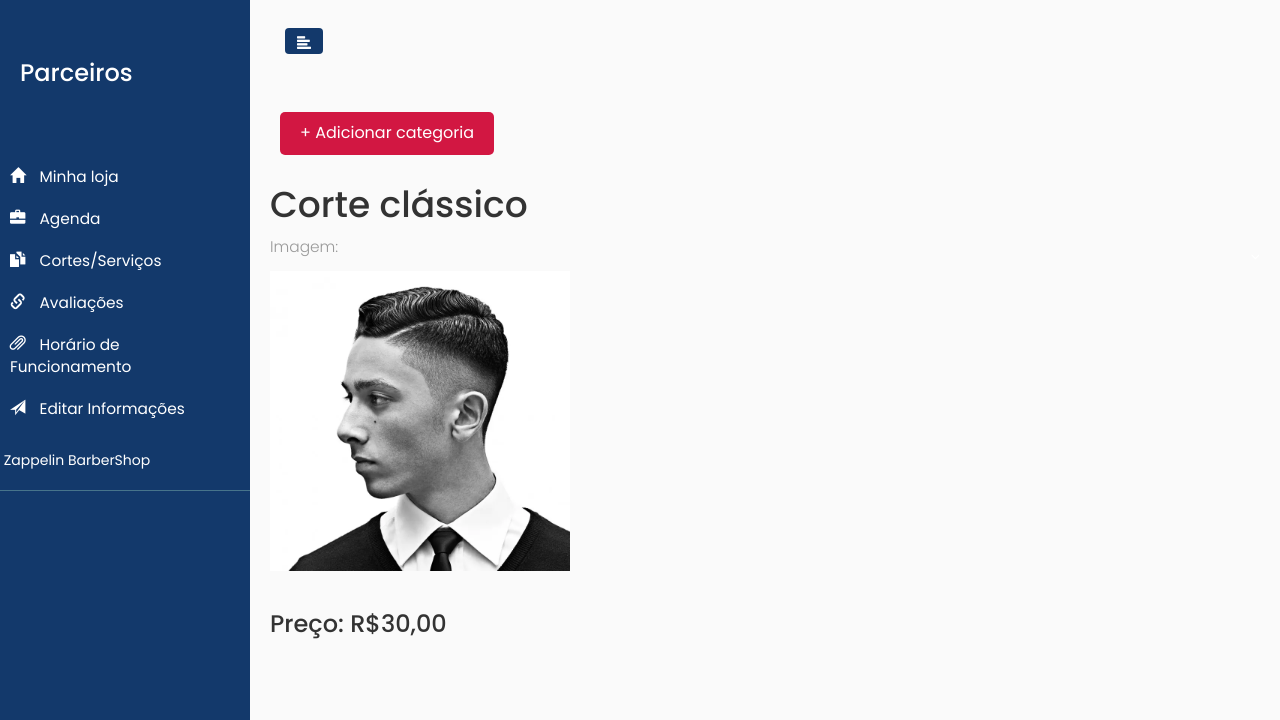
Repository: aquilesascar/barberconnect
Page: http://localhost/corteclassico.php
An editor plug-in stored every save of this project. The page is shown before and after the next save, followed by the edit.
The browser window is 1280 px wide. The pictures show the whole page.
The page is run by PHP 8.4 with error messages shown; the project is at /var/www/html/.

Above is the page before, as saved 2023-10-10 10:45:23.

After the next save:
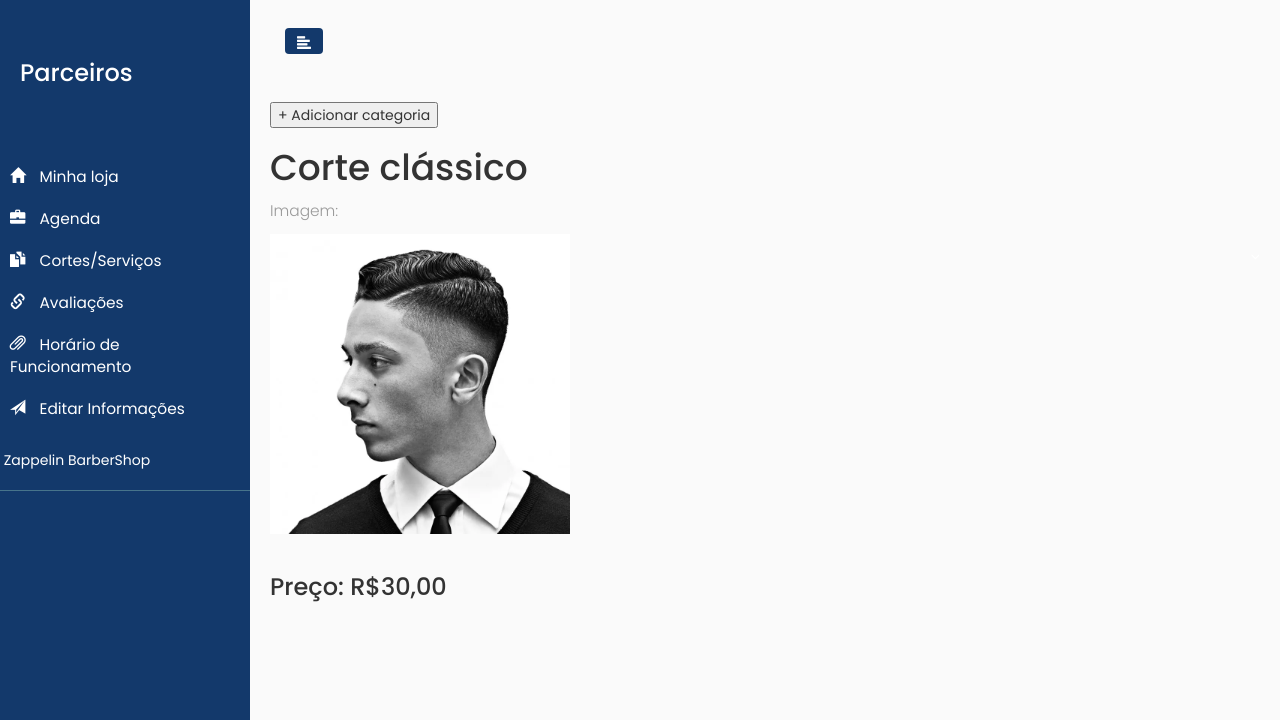
Saved 24 s later.
--- a/corteclassico.php
+++ b/corteclassico.php
@@ -81,36 +81,7 @@
 }
 
             </script>
-            <style>
-                #popUp,
-                #salvar {
-                    background-color: #D21742;
-                    border: none;
-                    color: white;
-                    padding: 10px 20px;
-                    text-align: center;
-                    text-decoration: none;
-                    display: inline-block;
-                    font-size: 16px;
-                    margin: 10px;
-                    cursor: pointer;
-                    border-radius: 5px;
-                }
 
-                .popup button {
-                    background-color: #D21742;
-                    border: none;
-                    color: white;
-                    padding: 10px 20px;
-                    text-align: center;
-                    text-decoration: none;
-                    display: inline-block;
-                    font-size: 16px;
-                    margin: 10px;
-                    cursor: pointer;
-                    border-radius: 5px;
-                }
-            </style>
 
 
 

After the 2 saves that followed:
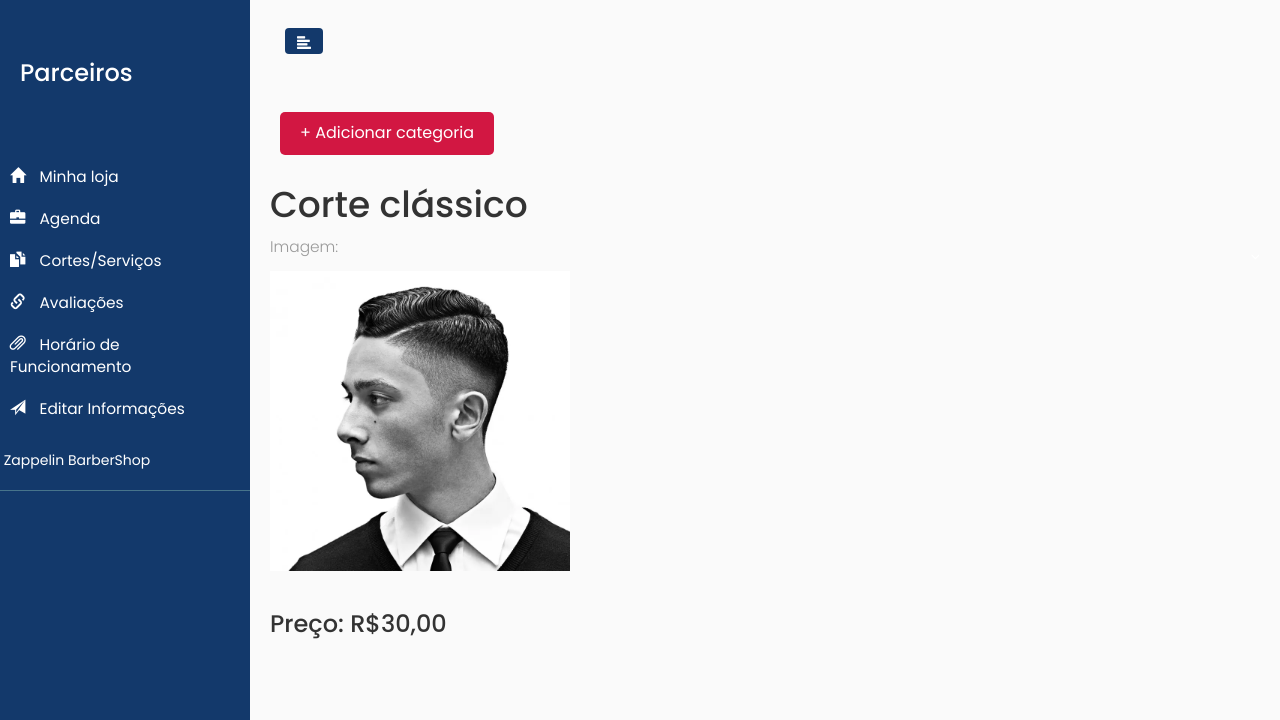
The 2 saves are shown as one change because they came seconds apart.
The last was saved 6 s later.
--- a/corteclassico.php
+++ b/corteclassico.php
@@ -12,6 +12,36 @@
     <link rel="stylesheet" href="https://maxcdn.bootstrapcdn.com/bootstrap/3.3.7/css/bootstrap.min.css">
     <!-- Our Custom CSS -->
     <link rel="stylesheet" href="../TCC/assets/css/style4.css">
+    <style>
+                #popUp,
+                #salvar {
+                    background-color: #D21742;
+                    border: none;
+                    color: white;
+                    padding: 10px 20px;
+                    text-align: center;
+                    text-decoration: none;
+                    display: inline-block;
+                    font-size: 16px;
+                    margin: 10px;
+                    cursor: pointer;
+                    border-radius: 5px;
+                }
+
+                .popup button {
+                    background-color: #D21742;
+                    border: none;
+                    color: white;
+                    padding: 10px 20px;
+                    text-align: center;
+                    text-decoration: none;
+                    display: inline-block;
+                    font-size: 16px;
+                    margin: 10px;
+                    cursor: pointer;
+                    border-radius: 5px;
+                }
+            </style>
 
 </head>
 
